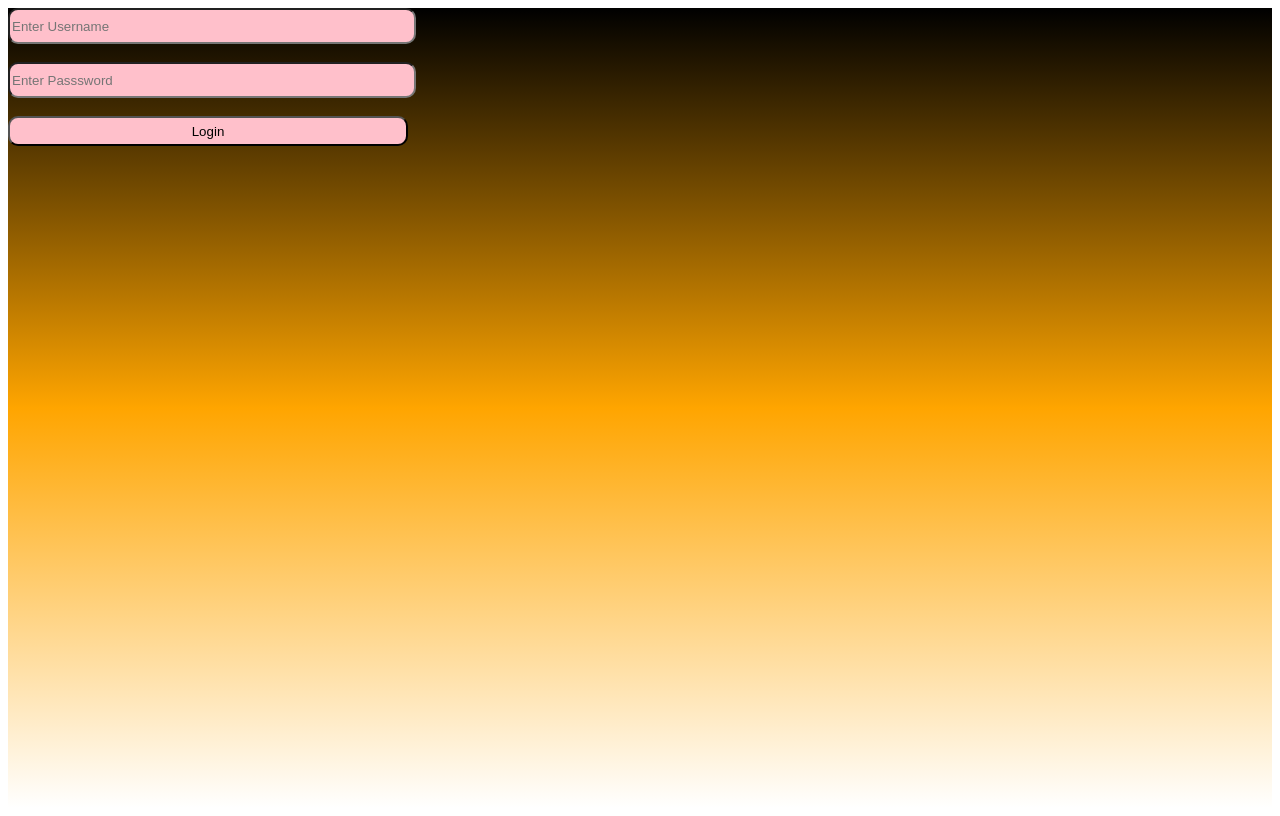
Repository: vaibhaokamble/MY_INSTITUTE_PUNE
Page: SERVLET/LoginValidationApplication/src/main/webapp/login.html
The author's editor kept a copy of each file at every save. The page is drawn from the files as they stood at one save, then again after the next save.
The browser window is 1280 px wide. The pictures show the whole page.

Above is the page before, as saved 2022-10-19 03:48:10.

After the next save:
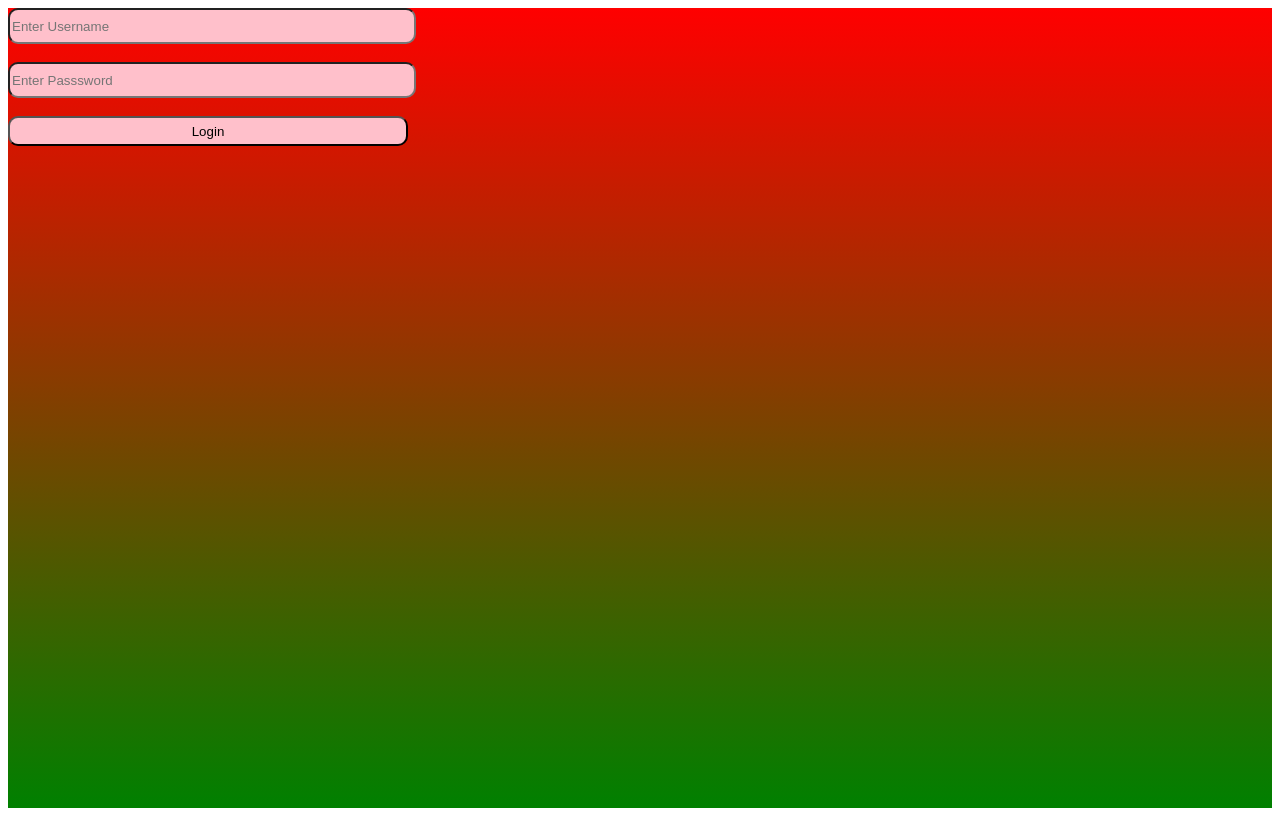
Saved 27 min 40 s later.
--- a/SERVLET/LoginValidationApplication/src/main/webapp/css/style.css
+++ b/SERVLET/LoginValidationApplication/src/main/webapp/css/style.css
@@ -11,6 +11,6 @@
 .container {
 	width: 100%;
 	height: 800px;
-	background-image: linear-gradient(black,orange,white);
+	background-image: linear-gradient(red,green);
 
 }
